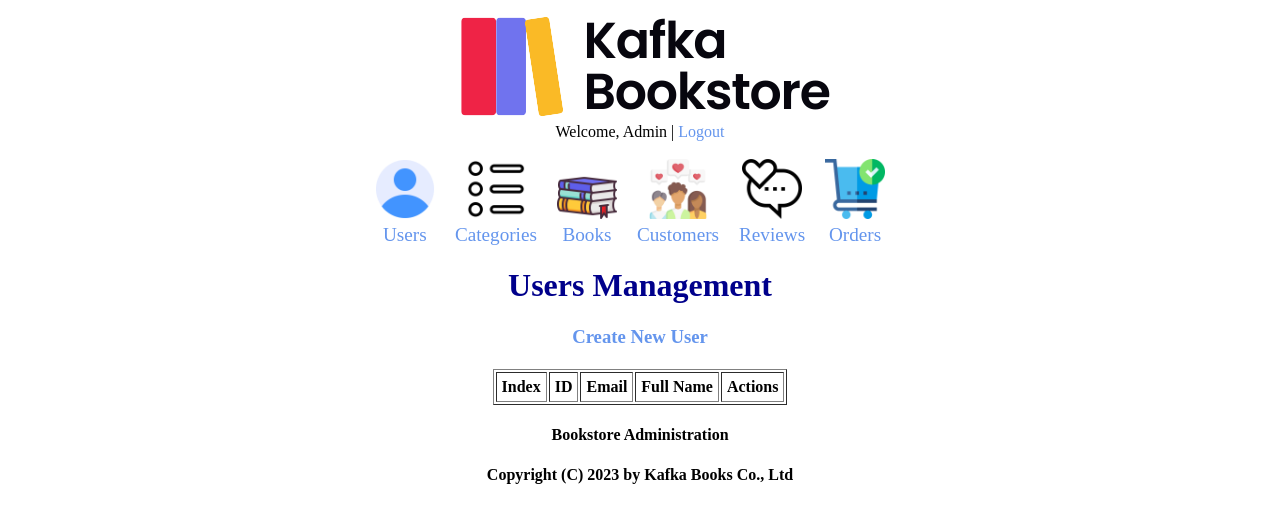
Repository: janvi2502/BookStore
Page: http://localhost/BookStoreWebsite/admin/user_list.jsp
These files come from the project's save history. The page is drawn as it stood at one moment and after the next save; the edit follows.
The browser window is 1280 px wide. The pictures show the whole page.
The page is served by Tomcat 10. Nobody is signed in. The application's start-up code is not run. Other server files are loaded and not shown.

Above is the page before, as saved 2023-12-28 10:50:20.

### BookStoreWebsite/WebContent/admin/user_list.jsp
<%@ page language="java" contentType="text/html; charset=UTF-8"
	pageEncoding="UTF-8"%>
<%@ taglib prefix="c" uri="http://java.sun.com/jsp/jstl/core"%>
<!DOCTYPE html>
<html>
<head>
<meta charset="UTF-8">
<title>Manage Users - Kafka Bookstore Administration</title>
<link rel="stylesheet" href="../css/style.css">
</head>
<body>
	<jsp:directive.include file="header.jsp" />
	<div align="center">
		<h1 class="pageheading">Users Management</h1>
		<h3>
			<a href="user_form.jsp">Create New User</a>
		</h3>
	</div>

	<div align="center">
		<h4><i>${message}</i></h4>
	</div>

	<div align="center">
		<table border="1" cellpadding="5">
			<tr>
				<th>Index</th>
				<th>ID</th>
				<th>Email</th>
				<th>Full Name</th>
				<th>Actions</th>
			</tr>
			<c:forEach var="user" items="${listUsers}" varStatus="status">
				<tr>
					<td>${status.index + 1}</td>
					<td>${user.userId}</td>
					<td>${user.email}</td>
					<td>${user.fullName}</td>
					<td>
						<a href="edit_user?id=${user.userId}">Edit</a>
						&nbsp;
						<a href="javascript:confirmDelete(${user.userId })">Delete</a>
					</td>
				</tr>
			</c:forEach>
		</table>
	</div>

	<jsp:directive.include file="footer.jsp" />
	<script>

		function confirmDelete(userId){
			if (confirm("Are you sure you want to delete user with ID "+ userId + "?")){
				window.location = "delete_user?id=" + userId;
			}
		}
	</script>
</body>
</html>

### BookStoreWebsite/WebContent/admin/header.jsp
<div align="center">
	<div>
		<img src="../images/Kafka2.png" />
	</div>

	<div>
		Welcome, Admin | <a href="logout">Logout</a> <br /> <br />
	</div>
	<div id="header_menu">
		<div>
			<a href="list_users">
				<img id = "menu_img" src="../images/user.png" /><br/> Users
			</a>
		</div>
		<div>
			<a href="list_category">
				<img id = "menu_img" src="../images/list.png" /> <br/> Categories
			</a>
		</div>
		<div>
			<a href="books">
				<img id = "menu_img" src="../images/book.png"/> <br/>Books
			</a>
		</div>
		<div>
			<a href="customer">
				<img id = "menu_img" src="../images/rating.png" /> <br/> Customers
			</a>
		</div>
		<div>
			<a href="reviews">
				<img id = "menu_img" src="../images/review.png" /> <br/>Reviews
			</a>
		</div>
		<div>
			<a href="orders">
				<img id = "menu_img" src="../images/order.png" /> <br/>Orders
			</a>
		</div>

	</div>
</div>

### BookStoreWebsite/WebContent/admin/footer.jsp
<div align="center">
	<h4>Bookstore Administration</h4>
	<h4>Copyright (C) 2023 by Kafka Books Co., Ltd</h4>
</div>

### BookStoreWebsite/WebContent/css/style.css
@charset "UTF-8";

#header_menu {
	display:table;
}

#header_menu div{
	display:table-cell;
	padding-right: 20px;
}

#menu_img{
	width: 60px;
}

a:link{
	color: cornflowerBlue;
	text-decoration: none;
}

a:visited{
	color: indigo;
}

a:hover{
	color: blue;
	text-decoration: underline;
}

a:active{
	color: red;
}

#header_menu a:link{
	font-size: larger;
}

.pageheading{
	color: darkblue;
}

After the next save:
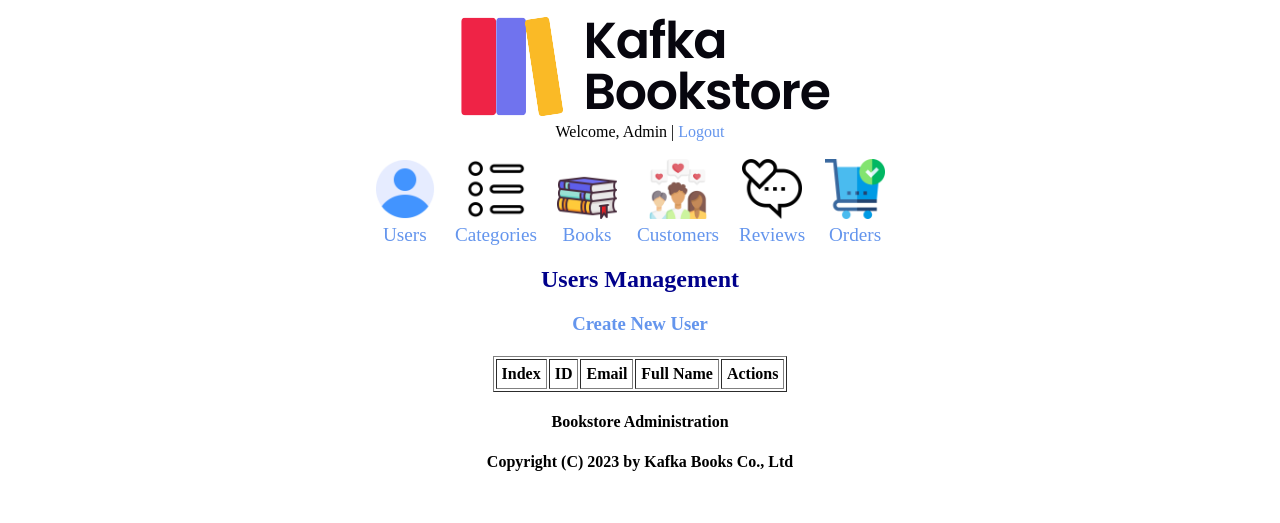
Saved 8 s later.
--- a/BookStoreWebsite/WebContent/admin/user_list.jsp
+++ b/BookStoreWebsite/WebContent/admin/user_list.jsp
@@ -11,7 +11,7 @@
 <body>
 	<jsp:directive.include file="header.jsp" />
 	<div align="center">
-		<h1 class="pageheading">Users Management</h1>
+		<h2 class="pageheading">Users Management</h2>
 		<h3>
 			<a href="user_form.jsp">Create New User</a>
 		</h3>
